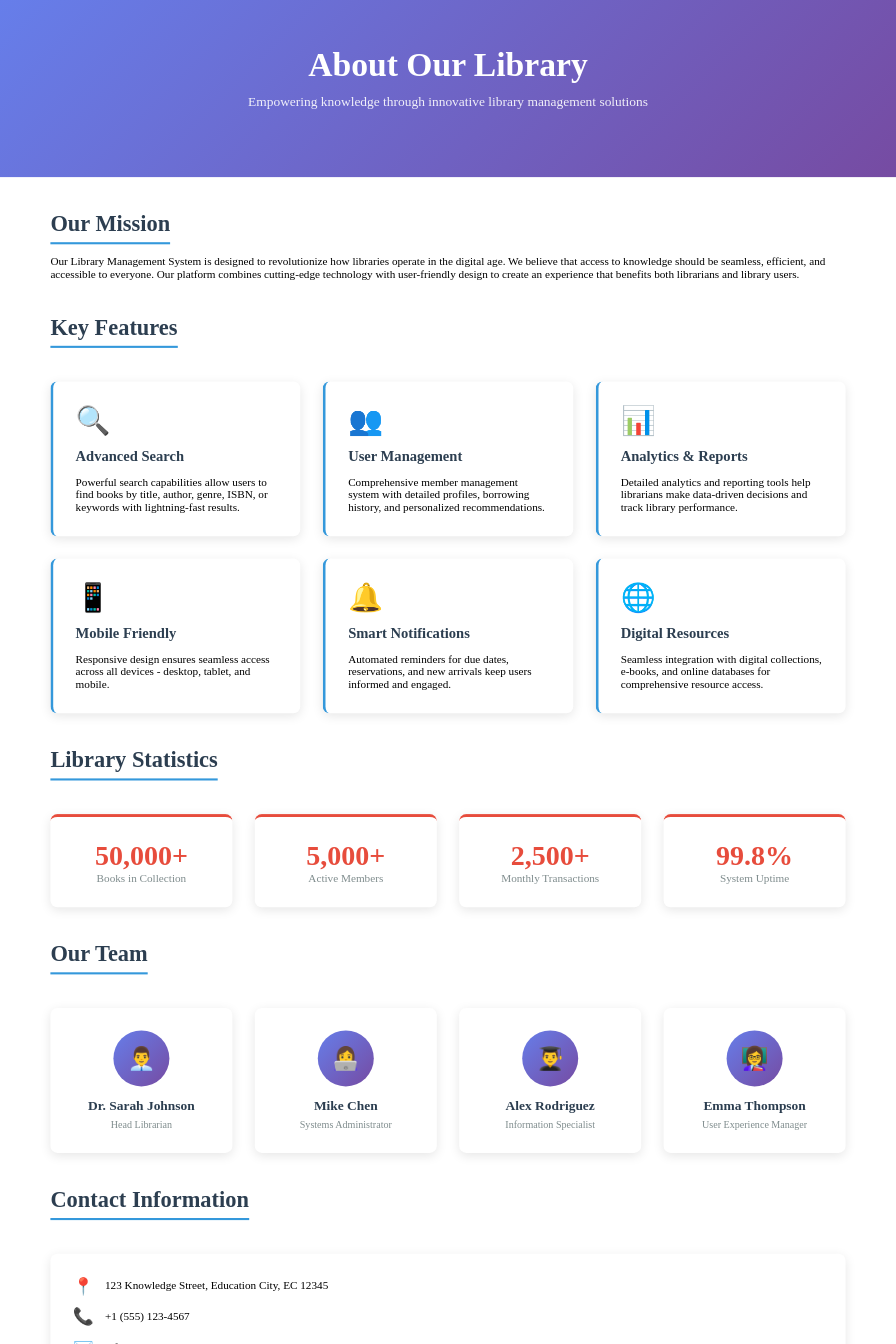
Repository: Manilamagar/learningnodejs
Page: http://localhost/contact
An editor plug-in stored every save of this project. The page is shown before and after the next save, followed by the edit.
The browser window is 1280 px wide. The pictures show the part of the page from y = 0 to 1920 px (the page is 2127 px tall before and 2624 px after), at 70% of full size.
The page is served by the project's Node server (app.js).

Above is the page before, as saved 2025-05-28 12:50:47.

After the next save:
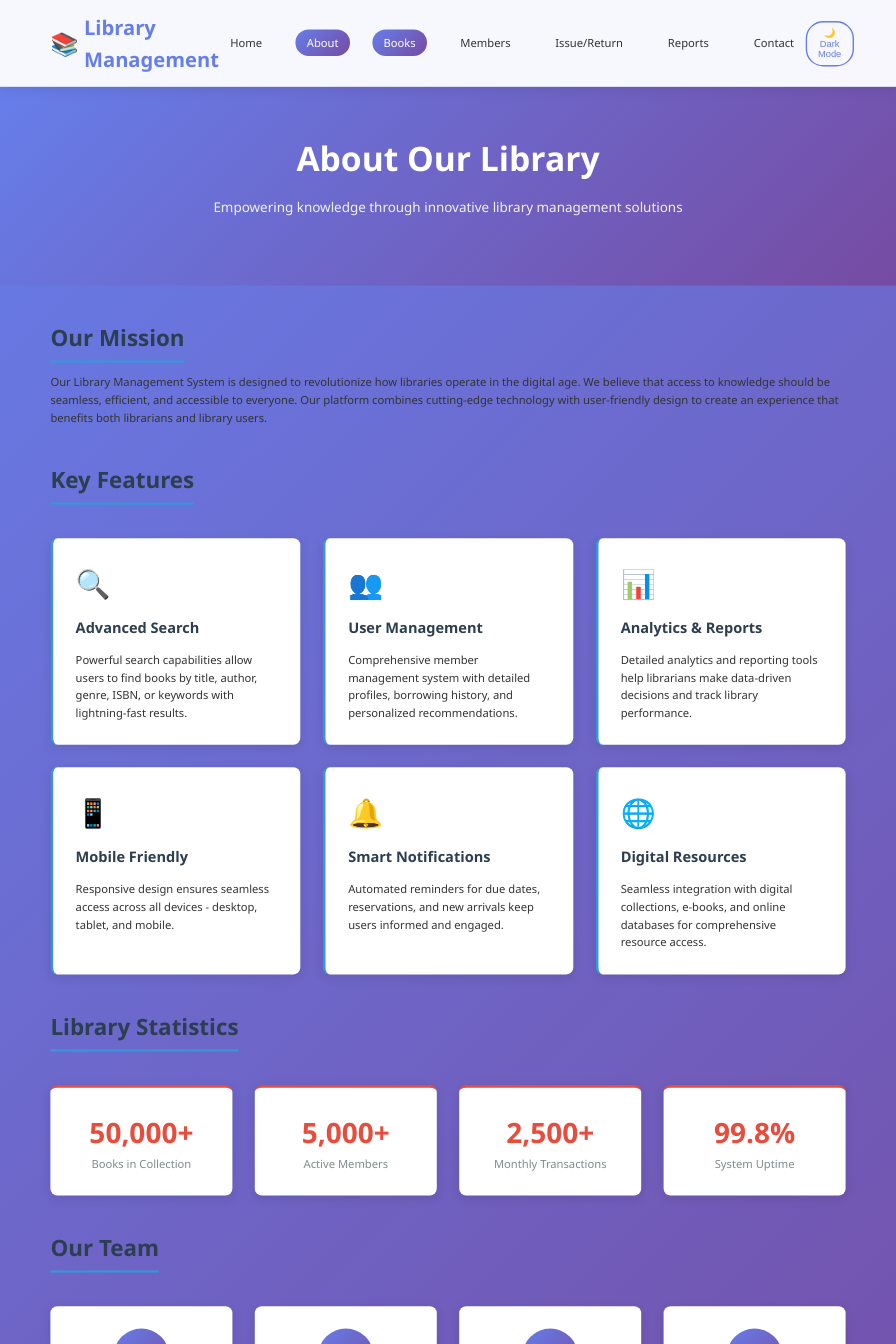
Saved 45 s later.
--- a/views/contact.ejs
+++ b/views/contact.ejs
@@ -224,7 +224,7 @@
 </head>
 <body>
 
-
+<%- include('Component/Navigation.ejs') %>
     <!-- Hero Section -->
     <section class="hero-section">
         <div class="hero-content">
